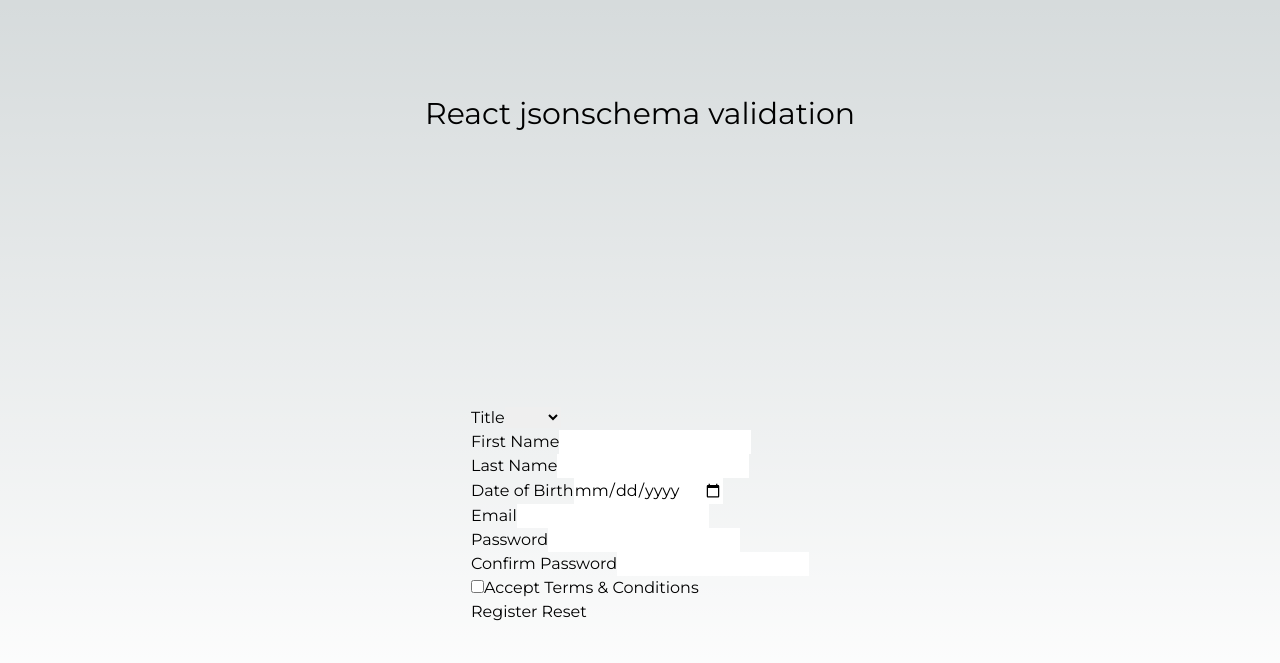
Repository: rajsenthil/react-jsonschema-validation
Page: /
An editor plug-in stored every save of this project. The page is shown before and after the next save, followed by the edit.
The browser window is 1280 px wide. The pictures show the whole page.
The page's requests for data from a server got no answer. The project was rebuilt for these pictures with package versions that can differ from the ones it lists, and the page was loaded fresh each time. The framework's server and built-in components were replaced by stand-ins that run in the browser. No one was signed in, and anything a server would have sent is missing. Also part of the build but not shown: next.config.js.

Above is the page before, as saved 2023-09-13 10:21:09.

### pages/index.tsx
import Image from 'next/image'
import { Montserrat } from 'next/font/google'
import { useEffect, useState } from 'react'
import { useForm } from 'react-hook-form'
import { yupResolver } from '@hookform/resolvers/yup'
import * as Yup from 'yup';

const montserrat = Montserrat({ subsets: ['latin'] })

export default function Home() {
  const [schema, setSchema] = useState()
  const [yupSchema, setYupSchema] = useState()
  const [formOptions, setFormOptions] = useState<any>()

  const config = {
    // for error messages...
    errMessages: {
      id: {
        required: 'An ID is required',
      },
      productType: {
        required: 'Product Type is required',
        format:
          'Simple, Configurable, Grouped, Virtual, Bundle are valid values',
      },
      product_date: {
        required: 'Product date is required',
        type: 'Product date must be of date-time format',
        format: 'Product date must be of date-time format',
      },
      productPrice: {
        required: 'Product Price is required',
      },
    },
  }
  // const { buildYup } = require('schema-to-yup')
  useEffect(() => {
    const res = fetch(`/product-schema`)
      .then((data: any) => {
        console.log(data)
        setSchema(data)
        // const ySchema = buildYup(schema, config)
        // setYupSchema(ySchema)
        const validationSchema = Yup.object().shape(data)
        const tempOptions = { resolver: yupResolver(validationSchema) }
        setFormOptions(tempOptions)
      })
      .catch((err) => {
        console.log(err)
      })
  }, [])

  // get functions to build form with useForm() hook
  const { register, handleSubmit, reset, formState } = useForm(formOptions)
  const { errors } = formState

  function onSubmit(data: any) {
    // display form data on success
    alert('SUCCESS!! :-)\n\n' + JSON.stringify(data, null, 4))
    return false
  }

  return (
    <main
      className={`flex min-h-screen flex-col items-center justify-between p-24 ${montserrat.className}`}
    >
      <div className='text-base lg:text-3xl md:text-lg sm:text-sm'>
        React jsonschema validation
      </div>
      <div>
        <form onSubmit={handleSubmit(onSubmit)}>
          <div className='form-row'>
            <div className='form-group col'>
              <label>Title</label>
              <select
                name='title'
                {...register('title')}
                className={`form-control ${errors.title ? 'is-invalid' : ''}`}
              >
                <option value=''></option>
                <option value='Mr'>Mr</option>
                <option value='Mrs'>Mrs</option>
                <option value='Miss'>Miss</option>
                <option value='Ms'>Ms</option>
              </select>
              <div className='invalid-feedback'>{errors.title?.message}</div>
            </div>
            <div className='form-group col-5'>
              <label>First Name</label>
              <input
                name='firstName'
                type='text'
                {...register('firstName')}
                className={`form-control ${
                  errors.firstName ? 'is-invalid' : ''
                }`}
              />
              <div className='invalid-feedback'>
                {errors.firstName?.message}
              </div>
            </div>
            <div className='form-group col-5'>
              <label>Last Name</label>
              <input
                name='lastName'
                type='text'
                {...register('lastName')}
                className={`form-control ${
                  errors.lastName ? 'is-invalid' : ''
                }`}
              />
              <div className='invalid-feedback'>{errors.lastName?.message}</div>
            </div>
          </div>
          <div className='form-row'>
            <div className='form-group col'>
              <label>Date of Birth</label>
              <input
                name='dob'
                type='date'
                {...register('dob')}
                className={`form-control ${errors.dob ? 'is-invalid' : ''}`}
              />
              <div className='invalid-feedback'>{errors.dob?.message}</div>
            </div>
            <div className='form-group col'>
              <label>Email</label>
              <input
                name='email'
                type='text'
                {...register('email')}
                className={`form-control ${errors.email ? 'is-invalid' : ''}`}
              />
              <div className='invalid-feedback'>{errors.email?.message}</div>
            </div>
          </div>
          <div className='form-row'>
            <div className='form-group col'>
              <label>Password</label>
              <input
                name='password'
                type='password'
                {...register('password')}
                className={`form-control ${
                  errors.password ? 'is-invalid' : ''
                }`}
              />
              <div className='invalid-feedback'>{errors.password?.message}</div>
            </div>
            <div className='form-group col'>
              <label>Confirm Password</label>
              <input
                name='confirmPassword'
                type='password'
                {...register('confirmPassword')}
                className={`form-control ${
                  errors.confirmPassword ? 'is-invalid' : ''
                }`}
              />
              <div className='invalid-feedback'>
                {errors.confirmPassword?.message}
              </div>
            </div>
          </div>
          <div className='form-group form-check'>
            <input
              name='acceptTermsandConditions'
              type='checkbox'
              {...register('acceptTermsandConditions')}
              id='acceptTermsandConditions'
              className={`form-check-input ${
                errors.acceptTermsandConditions ? 'is-invalid' : ''
              }`}
            />
            <label
              htmlFor='acceptTermsandConditions'
              className='form-check-label'
            >
              Accept Terms & Conditions
            </label>
            <div className='invalid-feedback'>
              {errors.acceptTermsandConditions?.message}
            </div>
          </div>
          <div className='form-group'>
            <button type='submit' className='btn btn-primary mr-1'>
              Register
            </button>
            <button
              type='button'
              onClick={() => reset()}
              className='btn btn-secondary'
            >
              Reset
            </button>
          </div>
        </form>
      </div>
    </main>
  )
}

Loaded but not shown: pages/_app.tsx (common file); pages/_document.tsx (common file); styles/globals.css (common file); tailwind.config.ts (common file)

After the next save:
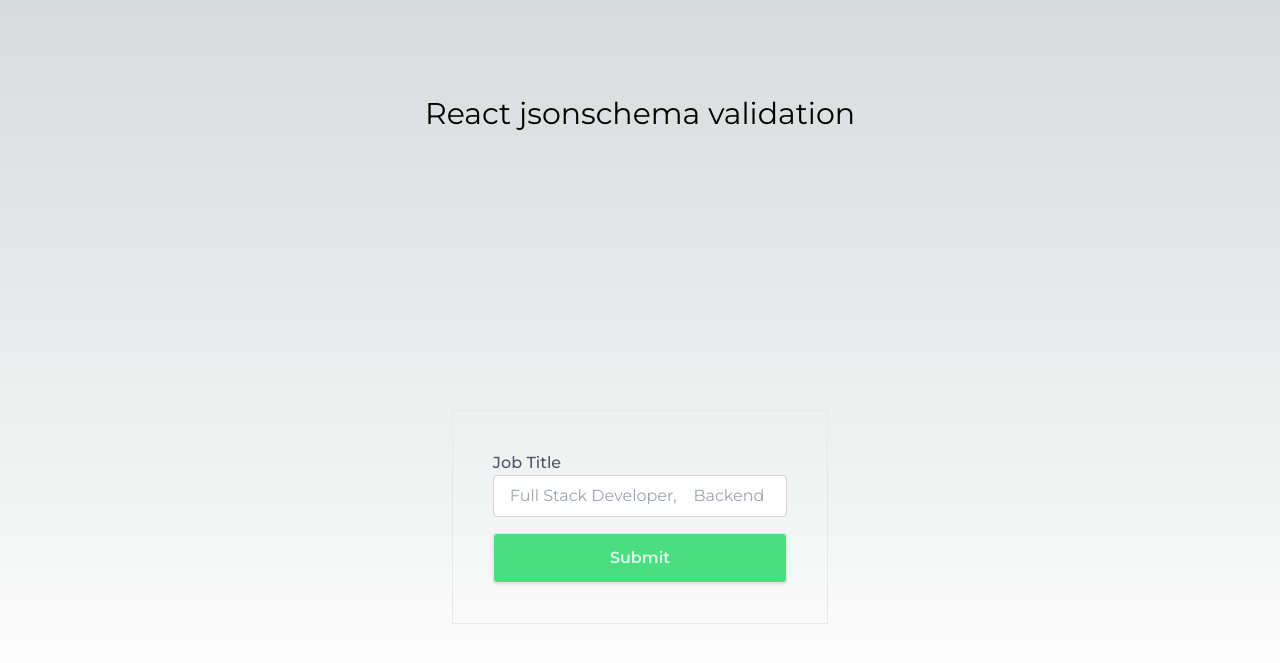
Saved 4 min 1 s later.
--- a/pages/index.tsx
+++ b/pages/index.tsx
@@ -68,133 +68,26 @@ export default function Home() {
         React jsonschema validation
       </div>
       <div>
-        <form onSubmit={handleSubmit(onSubmit)}>
-          <div className='form-row'>
-            <div className='form-group col'>
-              <label>Title</label>
-              <select
-                name='title'
-                {...register('title')}
-                className={`form-control ${errors.title ? 'is-invalid' : ''}`}
-              >
-                <option value=''></option>
-                <option value='Mr'>Mr</option>
-                <option value='Mrs'>Mrs</option>
-                <option value='Miss'>Miss</option>
-                <option value='Ms'>Ms</option>
-              </select>
-              <div className='invalid-feedback'>{errors.title?.message}</div>
-            </div>
-            <div className='form-group col-5'>
-              <label>First Name</label>
-              <input
-                name='firstName'
-                type='text'
-                {...register('firstName')}
-                className={`form-control ${
-                  errors.firstName ? 'is-invalid' : ''
-                }`}
-              />
-              <div className='invalid-feedback'>
-                {errors.firstName?.message}
-              </div>
-            </div>
-            <div className='form-group col-5'>
-              <label>Last Name</label>
-              <input
-                name='lastName'
-                type='text'
-                {...register('lastName')}
-                className={`form-control ${
-                  errors.lastName ? 'is-invalid' : ''
-                }`}
-              />
-              <div className='invalid-feedback'>{errors.lastName?.message}</div>
-            </div>
-          </div>
-          <div className='form-row'>
-            <div className='form-group col'>
-              <label>Date of Birth</label>
-              <input
-                name='dob'
-                type='date'
-                {...register('dob')}
-                className={`form-control ${errors.dob ? 'is-invalid' : ''}`}
-              />
-              <div className='invalid-feedback'>{errors.dob?.message}</div>
-            </div>
-            <div className='form-group col'>
-              <label>Email</label>
-              <input
-                name='email'
-                type='text'
-                {...register('email')}
-                className={`form-control ${errors.email ? 'is-invalid' : ''}`}
-              />
-              <div className='invalid-feedback'>{errors.email?.message}</div>
-            </div>
-          </div>
-          <div className='form-row'>
-            <div className='form-group col'>
-              <label>Password</label>
-              <input
-                name='password'
-                type='password'
-                {...register('password')}
-                className={`form-control ${
-                  errors.password ? 'is-invalid' : ''
-                }`}
-              />
-              <div className='invalid-feedback'>{errors.password?.message}</div>
-            </div>
-            <div className='form-group col'>
-              <label>Confirm Password</label>
-              <input
-                name='confirmPassword'
-                type='password'
-                {...register('confirmPassword')}
-                className={`form-control ${
-                  errors.confirmPassword ? 'is-invalid' : ''
-                }`}
-              />
-              <div className='invalid-feedback'>
-                {errors.confirmPassword?.message}
-              </div>
-            </div>
-          </div>
-          <div className='form-group form-check'>
-            <input
-              name='acceptTermsandConditions'
-              type='checkbox'
-              {...register('acceptTermsandConditions')}
-              id='acceptTermsandConditions'
-              className={`form-check-input ${
-                errors.acceptTermsandConditions ? 'is-invalid' : ''
-              }`}
-            />
-            <label
-              htmlFor='acceptTermsandConditions'
-              className='form-check-label'
-            >
-              Accept Terms & Conditions
-            </label>
-            <div className='invalid-feedback'>
-              {errors.acceptTermsandConditions?.message}
-            </div>
-          </div>
-          <div className='form-group'>
-            <button type='submit' className='btn btn-primary mr-1'>
-              Register
-            </button>
-            <button
-              type='button'
-              onClick={() => reset()}
-              className='btn btn-secondary'
-            >
-              Reset
-            </button>
-          </div>
-        </form>
+        <form
+  className="w-full max-w-lg m-auto py-10 mt-10 px-10 border"
+  onSubmit={handleSubmit(onSubmit)}
+>
+  <div>
+    <label className="text-gray-600 font-medium">Job Title</label>
+    <input className="border-solid border-gray-300 border py-2 px-4 w-full
+    rounded text-gray-700" name="title" placeholder="Full Stack Developer,
+    Backend Engineer, etc." /> {errors.title && (
+    <div className="mb-3 text-normal text-red-500 ">{errors.title}</div>
+    )}
+  </div>
+
+  <button
+    className="mt-4 w-full bg-green-400 hover:bg-green-600 text-green-100 border shadow py-3 px-6 font-semibold text-md rounded"
+    type="submit"
+  >
+    Submit
+  </button>
+</form>
       </div>
     </main>
   )
